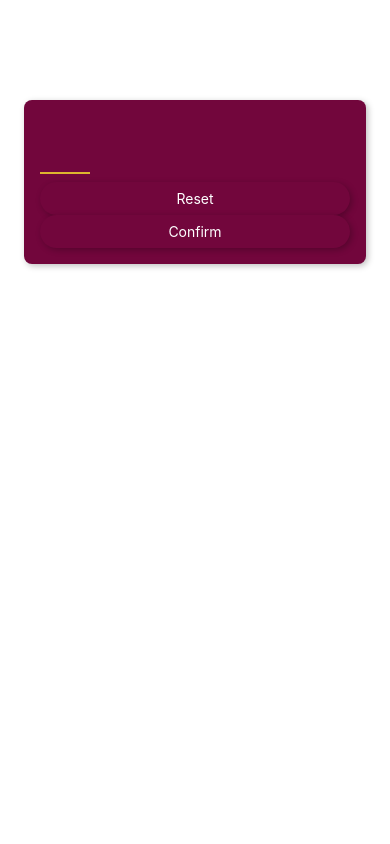
Repository: cobalt88/miniGameApp
Screen: /
An editor plug-in stored every save of this project. The screen is shown before and after the next save, followed by the edit.
The app was drawn by React Native's web renderer in a window 390 px wide. The project was rebuilt for these pictures with package versions that can differ from the ones it lists, and the page was loaded fresh each time.

Above is the screen before, as saved 2023-02-02 16:39:02.

After the next save:
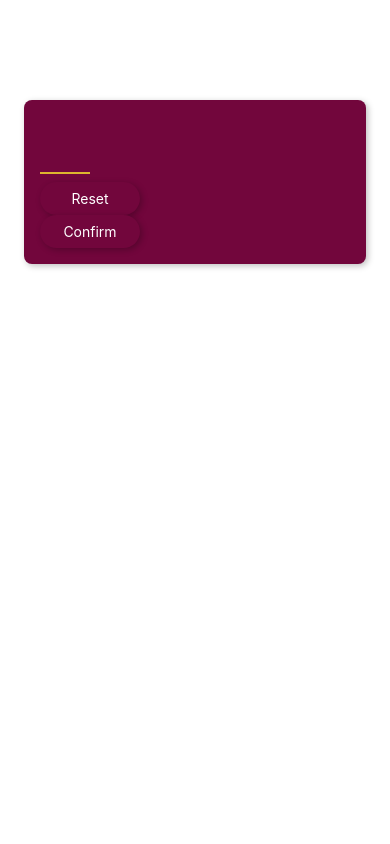
Saved 54 s later.
--- a/components/PrimaryButton.js
+++ b/components/PrimaryButton.js
@@ -26,6 +26,7 @@ const styles = StyleSheet.create({
     shadowOffset: { width: 2, height: 2 },
     shadowOpacity: 0.25,
     shadowRadius: 6,
+    width: 100,
   },
   buttonText: {
     color: "white",
